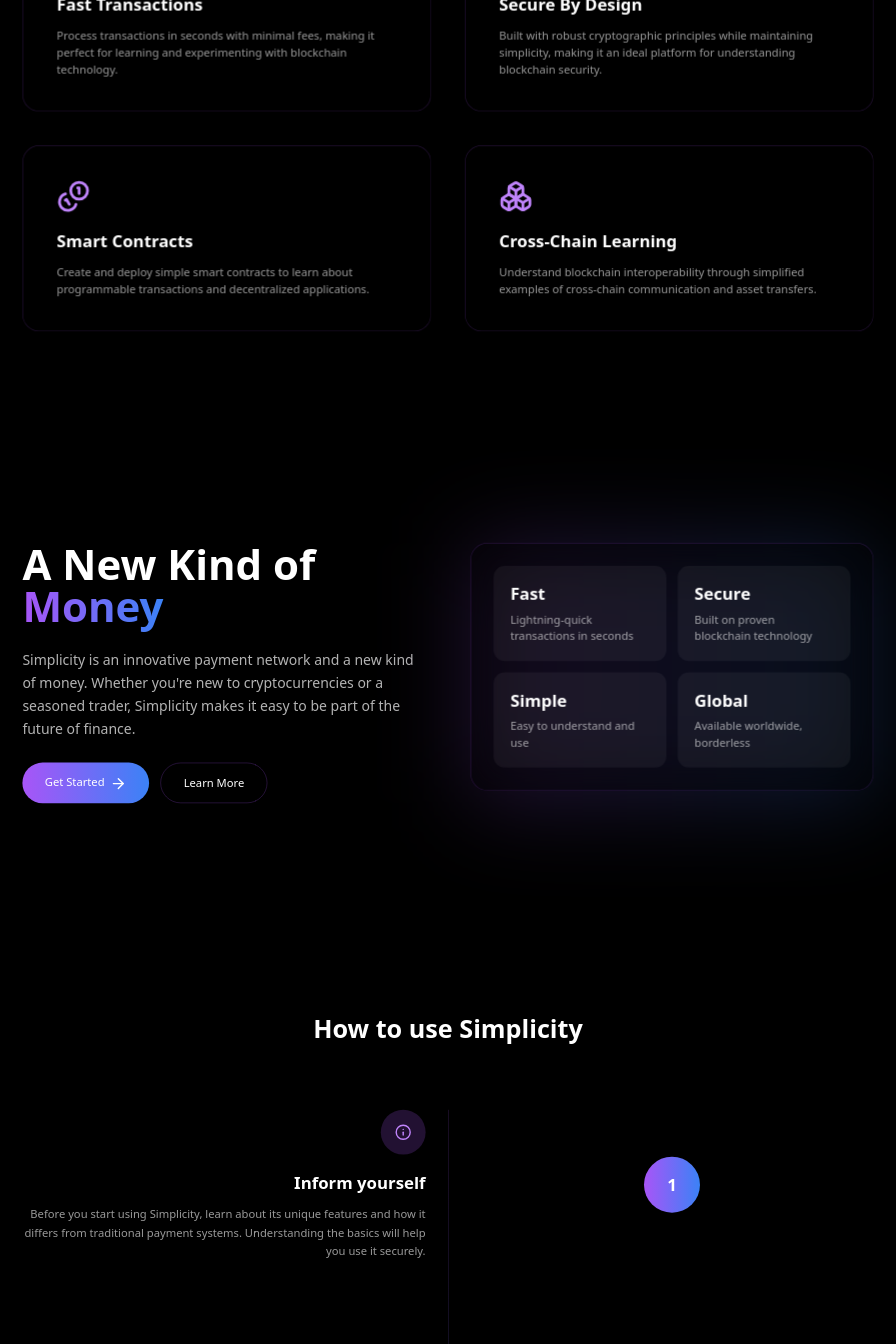
Repository: Simplicity-Block/Simplicity_website
Page: /downloads
The author's editor kept a copy of each file at every save. The page is drawn from the files as they stood at one save, then again after the next save.
The browser window is 1280 px wide. The pictures show the part of the page from y = 2219 to 4139 px (the page is 7468 px tall), at 70% of full size.
The project was rebuilt for these pictures with package versions that can differ from the ones it lists, and the page was loaded fresh each time. Also part of the build but not shown: vite.config.js, src/components/FloatingElements.jsx.

Above is the page before, as saved 2024-12-21 12:09:16.

### src/App.jsx
// src/App.jsx
import React, { useRef } from 'react';
import Navbar from './components/NavBar';
import Hero from './components/Hero';
import Features from './components/Features';
import Block from './components/Block';
import { useScroll } from './components/useScroll.jsx';
import WhoRuns from "./components/WhoRuns";
import Capabilities from "./components/Capabilities";
import FloatingElements from "./components/FloatingElements.jsx";

import Simplicity from './components/Simplicity';
import GetStartedSteps from './components/GetStartedSteps';
import Timeline from './components/Timeline';
import WalletSection from "./components/WalletSection.jsx"
const App = () => {
  const gradientRef = useRef(null);
  const block1Ref = useRef(null);
  const block2Ref = useRef(null);
  const block3Ref = useRef(null);

  const refs = { gradientRef, block1Ref, block2Ref, block3Ref };
  useScroll(refs);

  return (
    <div className="min-h-screen bg-black overflow-hidden">
      {/* Dynamic Gradient Background */}
      <div ref={gradientRef} className="fixed inset-0 pointer-events-none transition-all duration-1000" />

      {/* Floating Blocks */}
      <div className="fixed inset-0 pointer-events-none overflow-hidden">
        <div className="absolute top-1/4 left-1/4">
          <Block refProp={block1Ref} delay={0} />
        </div>
        <div className="absolute top-1/2 right-1/3">
          <Block refProp={block2Ref} delay={0.2} />
        </div>
        <div className="absolute bottom-1/4 right-1/4">
          <Block refProp={block3Ref} delay={0.4} />
        </div>
      </div>

      {/* <FloatingElements /> */}
      <Navbar />

      {/* Main Content */}
      <div className="relative z-10">
        <Hero />
        <Features />
        <WhoRuns />
        <Capabilities />
        <Simplicity />
      <GetStartedSteps />
      <WalletSection/>
      <Timeline />

      </div>

    </div>
  );
};

export default App;

### src/components/NavBar.jsx
// src/components/navigation/Navbar.jsx
import React from 'react';

const Navbar = () => (
  <nav className="fixed w-full p-6 z-50 bg-black/10 backdrop-blur-lg border-b border-white/5">
    <div className="flex justify-between items-center max-w-7xl mx-auto px-4">
      <div className="flex items-center space-x-2">
        <div className="text-purple-400 text-2xl font-mono">`{'}'}`</div>
        <span className="text-white text-xl font-bold">Simplicity</span>
      </div>
      <div className="flex items-center gap-8">
        <span className="text-white/80 text-sm">LEARN</span>
        <span className="text-white/80 text-sm">EXPLORE</span>
        <span className="text-white/80 text-sm">COMMUNITY</span>
        <span className="text-white/80 text-sm">RESOURCES</span>
      </div>
    </div>
  </nav>
);

export default Navbar;

### src/components/Hero.jsx
// src/components/sections/Hero.jsx
import React from 'react';
import StatCards from "./StatsCard";
const Hero = () => (
  <section className="min-h-screen flex items-center relative pt-20">
    <div className="max-w-7xl mx-auto px-8">
      <div className="grid grid-cols-1 lg:grid-cols-2 gap-16 items-center">
        <div className="relative z-10">
          <div className="mb-8">
            <div className="text-purple-400 text-4xl font-mono mb-4"></div>
            <h1 className="text-7xl font-bold text-white mb-6">
              Learn Blockchain
              <br />
              Through
              <br />
              Simplicity
            </h1>
            <p className="text-white/60 text-lg max-w-xl">
              Experience blockchain technology hands-on with SimpleCoin, our educational cryptocurrency designed to make learning intuitive and engaging.
            </p>
          </div>
          <button className="bg-black text-white px-8 py-4 rounded-full text-lg font-medium border border-purple-500/30 hover:border-purple-500 transition-all">
            START LEARNING
          </button>
        </div>
        <StatCards />
      </div>
    </div>
  </section>
);

export default Hero;

### src/components/Features.jsx
// src/components/sections/Features.jsx
import React from 'react';
import { BookOpen, Blocks, Users } from 'lucide-react';

const featureData = [
  {
    icon: BookOpen,
    title: "Interactive Tutorials",
    description: "Learn blockchain concepts through hands-on exercises and real-world examples"
  },
  {
    icon: Blocks,
    title: "SimpleCoin Sandbox",
    description: "Practice with our educational cryptocurrency in a risk-free environment"
  },
  {
    icon: Users,
    title: "Community Learning",
    description: "Join a global community of blockchain enthusiasts and learners"
  }
];

const Features = () => (
  <section className="py-32 relative">
    <div className="max-w-7xl mx-auto px-8">
      <div className="grid grid-cols-1 md:grid-cols-3 gap-8">
        {featureData.map((feature, index) => (
          <div
            key={index}
            className="bg-black/40 backdrop-blur-xl rounded-3xl p-8 border border-purple-500/20 hover:border-purple-500/40 transition-all group"
          >
            <div className="text-purple-400 mb-6 transform group-hover:scale-110 transition-all duration-500">
              <feature.icon className="w-8 h-8" />
            </div>
            <h3 className="text-xl font-bold text-white mb-4">{feature.title}</h3>
            <p className="text-white/60">{feature.description}</p>
          </div>
        ))}
      </div>
    </div>
  </section>
);

export default Features;

### src/components/Block.jsx
import React from 'react';

const Block = ({ refProp, delay = 0 }) => (
  <div
    ref={refProp}
    className="absolute w-20 h-20 backdrop-blur-lg border border-purple-500/30"
    style={{
      background: 'rgba(147, 51, 234, 0.1)',
      transform: 'rotate3d(1, 1, 1, 0deg)',
      transition: 'transform 0.5s ease-out',
      animationDelay: `${delay}s`,
    }}
  >
    <div className="absolute inset-0 bg-gradient-to-r from-purple-500/20 to-transparent" />
  </div>
);

export default Block;

### src/components/useScroll.jsx
// src/hooks/useScroll.js
import { useState, useEffect } from 'react';

export const useScroll = (refs) => {
  const [scrollPosition, setScrollPosition] = useState(0);
  const [mousePosition, setMousePosition] = useState({ x: 0, y: 0 });

  useEffect(() => {
    const handleScroll = () => {
      const position = window.scrollY;
      setScrollPosition(position);

      // Update gradient
      if (refs.gradientRef.current) {
        const x = 50 + Math.sin(position * 0.001) * 30;
        const y = 50 + Math.cos(position * 0.001) * 30;
        refs.gradientRef.current.style.background = `
          radial-gradient(circle at ${x}% ${y}%,
          rgba(147, 51, 234, 0.2) 0%,
          rgba(147, 51, 234, 0.1) 20%,
          rgba(147, 51, 234, 0.05) 40%,
          transparent 60%)
        `;
      }

      // Update blocks
      [refs.block1Ref, refs.block2Ref, refs.block3Ref].forEach((ref, index) => {
        if (ref.current) {
          const offset = position * (0.1 + index * 0.05);
          const scale = 1 + Math.sin(position * 0.001) * 0.1;
          ref.current.style.transform = `rotate3d(1, 1, 1, ${offset}deg) scale(${scale})`;
        }
      });
    };

    const handleMouseMove = (e) => {
      setMousePosition({ x: e.clientX, y: e.clientY });
    };

    window.addEventListener('scroll', handleScroll);
    window.addEventListener('mousemove', handleMouseMove);
    return () => {
      window.removeEventListener('scroll', handleScroll);
      window.removeEventListener('mousemove', handleMouseMove);
    };
  }, [refs]);

  return { scrollPosition, mousePosition };
};

### src/components/WhoRuns.jsx
import React from 'react';
import { Shield, Users, Code } from 'lucide-react';

const WhoRuns = () => {
  return (
    <section className="py-32 relative">
      <div className="max-w-7xl mx-auto px-8">
        <h2 className="text-4xl font-bold text-white mb-16 text-center">Who Runs Simplicity?</h2>

        <div className="grid grid-cols-1 md:grid-cols-3 gap-12">
          <div className="bg-black/40 backdrop-blur-xl rounded-3xl p-8 border border-purple-500/20 hover:border-purple-500/40 transition-all group">
            <Shield className="w-12 h-12 text-purple-400 mb-6" />
            <h3 className="text-2xl font-bold text-white mb-4">Decentralized Network</h3>
            <p className="text-white/60">
              Simplicity runs on a network of independent nodes, ensuring no single point of control. Anyone can participate in running and securing the network.
            </p>
          </div>

          <div className="bg-black/40 backdrop-blur-xl rounded-3xl p-8 border border-purple-500/20 hover:border-purple-500/40 transition-all group">
            <Users className="w-12 h-12 text-purple-400 mb-6" />
            <h3 className="text-2xl font-bold text-white mb-4">Community Driven</h3>
            <p className="text-white/60">
              The development and governance of Simplicity is guided by its community of developers, users, and enthusiasts through transparent decision-making.
            </p>
          </div>

          <div className="bg-black/40 backdrop-blur-xl rounded-3xl p-8 border border-purple-500/20 hover:border-purple-500/40 transition-all group">
            <Code className="w-12 h-12 text-purple-400 mb-6" />
            <h3 className="text-2xl font-bold text-white mb-4">Open Source</h3>
            <p className="text-white/60">
              All Simplicity code is open source, allowing anyone to inspect, contribute to, or build upon the platform in a transparent manner.
            </p>
          </div>
        </div>
      </div>
    </section>
  );
};

export default WhoRuns;

### src/components/Capabilities.jsx
import React from 'react';
import { Zap, Lock, Coins, Boxes } from 'lucide-react';

const Capabilities = () => {
  return (
    <section className="py-32 relative">
      <div className="max-w-7xl mx-auto px-8">
        <h2 className="text-4xl font-bold text-white mb-16 text-center">What Can Simplicity Do?</h2>

        <div className="grid grid-cols-1 md:grid-cols-2 gap-12">
          <div className="bg-black/40 backdrop-blur-xl rounded-3xl p-12 border border-purple-500/20 group hover:border-purple-500/40 transition-all">
            <Zap className="w-12 h-12 text-purple-400 mb-6" />
            <h3 className="text-2xl font-bold text-white mb-4">Fast Transactions</h3>
            <p className="text-white/60">
              Process transactions in seconds with minimal fees, making it perfect for learning and experimenting with blockchain technology.
            </p>
          </div>

          <div className="bg-black/40 backdrop-blur-xl rounded-3xl p-12 border border-purple-500/20 group hover:border-purple-500/40 transition-all">
            <Lock className="w-12 h-12 text-purple-400 mb-6" />
            <h3 className="text-2xl font-bold text-white mb-4">Secure By Design</h3>
            <p className="text-white/60">
              Built with robust cryptographic principles while maintaining simplicity, making it an ideal platform for understanding blockchain security.
            </p>
          </div>

          <div className="bg-black/40 backdrop-blur-xl rounded-3xl p-12 border border-purple-500/20 group hover:border-purple-500/40 transition-all">
            <Coins className="w-12 h-12 text-purple-400 mb-6" />
            <h3 className="text-2xl font-bold text-white mb-4">Smart Contracts</h3>
            <p className="text-white/60">
              Create and deploy simple smart contracts to learn about programmable transactions and decentralized applications.
            </p>
          </div>

          <div className="bg-black/40 backdrop-blur-xl rounded-3xl p-12 border border-purple-500/20 group hover:border-purple-500/40 transition-all">
            <Boxes className="w-12 h-12 text-purple-400 mb-6" />
            <h3 className="text-2xl font-bold text-white mb-4">Cross-Chain Learning</h3>
            <p className="text-white/60">
              Understand blockchain interoperability through simplified examples of cross-chain communication and asset transfers.
            </p>
          </div>
        </div>
      </div>
    </section>
  );
};

export default Capabilities;

### src/components/Simplicity.jsx
import React from 'react';
import { ArrowRight } from 'lucide-react';

const Simplicity = () => {
  return (
    <section className="min-h-screen relative flex items-center">
      <div className="max-w-7xl mx-auto px-8 py-24">
        <div className="grid grid-cols-1 lg:grid-cols-2 gap-16">
          <div className="space-y-8">
            <h1 className="text-6xl font-bold text-white">
              A New Kind of
              <span className="bg-gradient-to-r from-purple-500 to-blue-500 bg-clip-text text-transparent"> Money</span>
            </h1>

            <p className="text-xl text-white/70 leading-relaxed">
              Simplicity is an innovative payment network and a new kind of money. Whether you're new to cryptocurrencies or a seasoned trader, Simplicity makes it easy to be part of the future of finance.
            </p>

            <div className="flex gap-4">
              <button className="px-8 py-4 rounded-full bg-gradient-to-r from-purple-500 to-blue-500 text-white font-medium hover:opacity-90 transition-all group">
                Get Started
                <ArrowRight className="inline-block ml-2 group-hover:translate-x-1 transition-transform" />
              </button>

              <button className="px-8 py-4 rounded-full border border-purple-500/30 text-white font-medium hover:border-purple-500 transition-all">
                Learn More
              </button>
            </div>
          </div>

          <div className="relative">
            <div className="absolute inset-0 bg-gradient-to-r from-purple-500/20 to-blue-500/20 rounded-3xl blur-3xl" />
            <div className="relative bg-black/40 backdrop-blur-xl rounded-3xl p-8 border border-purple-500/20">
              <div className="grid grid-cols-2 gap-4">
                <div className="p-6 bg-white/5 rounded-2xl">
                  <h3 className="text-2xl font-bold text-white mb-2">Fast</h3>
                  <p className="text-white/60">Lightning-quick transactions in seconds</p>
                </div>
                <div className="p-6 bg-white/5 rounded-2xl">
                  <h3 className="text-2xl font-bold text-white mb-2">Secure</h3>
                  <p className="text-white/60">Built on proven blockchain technology</p>
                </div>
                <div className="p-6 bg-white/5 rounded-2xl">
                  <h3 className="text-2xl font-bold text-white mb-2">Simple</h3>
                  <p className="text-white/60">Easy to understand and use</p>
                </div>
                <div className="p-6 bg-white/5 rounded-2xl">
                  <h3 className="text-2xl font-bold text-white mb-2">Global</h3>
                  <p className="text-white/60">Available worldwide, borderless</p>
                </div>
              </div>
            </div>
          </div>
        </div>
      </div>
    </section>
  );
};

export default Simplicity;

### src/components/StatsCard.jsx
// src/components/sections/StatCards.jsx
import React from 'react';
import { BookOpen, Code2, Blocks } from 'lucide-react';

const StatCards = () => (
  <div className="grid grid-cols-1 gap-6">
    <div className="bg-black/40 backdrop-blur-xl rounded-3xl p-12 border border-purple-500/20 transform hover:scale-105 transition-all duration-500">
      <div className="text-7xl font-bold text-white mb-2">10k+</div>
      <div className="text-white/60">Active learners globally</div>
    </div>
    <div className="bg-black/40 backdrop-blur-xl rounded-3xl p-12 border border-purple-500/20 transform hover:scale-105 transition-all duration-500">
      <div className="text-7xl font-bold text-white mb-2">24/7</div>
      <div className="text-white/60">Interactive learning platform</div>
      <div className="flex gap-4 mt-4">
        {[BookOpen, Code2, Blocks].map((Icon, index) => (
          <div key={index} className="w-10 h-10 rounded-full bg-purple-500/20 flex items-center justify-center">
            <Icon className="w-5 h-5 text-purple-400" />
          </div>
        ))}
      </div>
    </div>
  </div>
);

export default StatCards;

Loaded but not shown: index.html (common file); src/main.jsx (common file); src/index.css (common file); tailwind.config.js (common file); src/components/WalletSection.jsx (178 lines, source omitted); src/components/GetStartedSteps.jsx (113 lines, source omitted); src/components/Timeline.jsx (93 lines, source omitted)

After the next save:
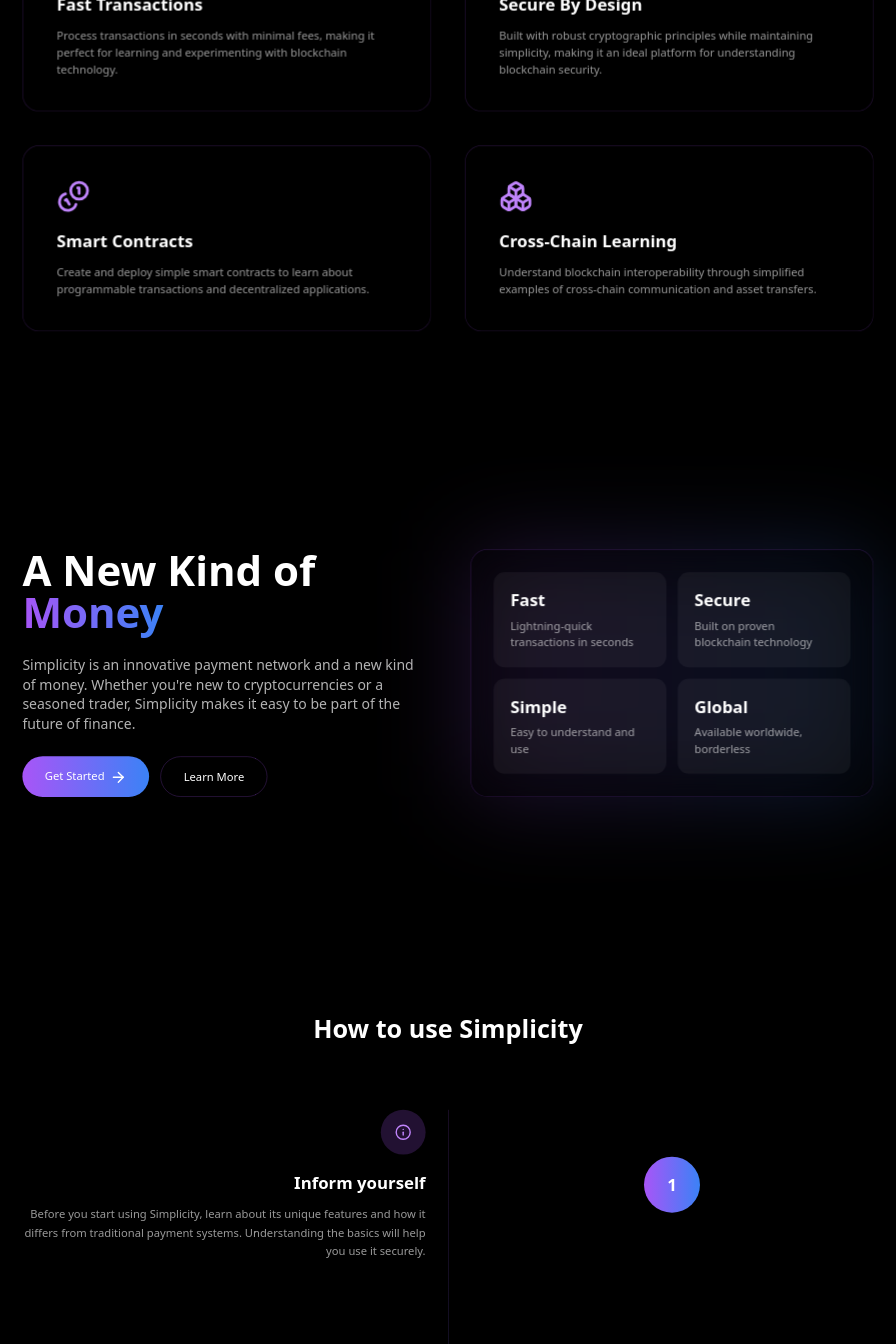
Saved 2 min 11 s later.
--- a/src/components/Simplicity.jsx
+++ b/src/components/Simplicity.jsx
@@ -4,25 +4,25 @@
 const Simplicity = () => {
   return (
     <section className="min-h-screen relative flex items-center">
-      <div className="max-w-7xl mx-auto px-8 py-24">
-        <div className="grid grid-cols-1 lg:grid-cols-2 gap-16">
-          <div className="space-y-8">
-            <h1 className="text-6xl font-bold text-white">
+      <div className="max-w-7xl mx-auto px-4 sm:px-6 lg:px-8 py-12 sm:py-16 lg:py-24">
+        <div className="grid grid-cols-1 lg:grid-cols-2 gap-8 lg:gap-16">
+          <div className="space-y-6 sm:space-y-8">
+            <h1 className="text-4xl sm:text-5xl lg:text-6xl font-bold text-white leading-tight">
               A New Kind of
               <span className="bg-gradient-to-r from-purple-500 to-blue-500 bg-clip-text text-transparent"> Money</span>
             </h1>
 
-            <p className="text-xl text-white/70 leading-relaxed">
+            <p className="text-base sm:text-lg lg:text-xl text-white/70 leading-relaxed">
               Simplicity is an innovative payment network and a new kind of money. Whether you're new to cryptocurrencies or a seasoned trader, Simplicity makes it easy to be part of the future of finance.
             </p>
 
-            <div className="flex gap-4">
-              <button className="px-8 py-4 rounded-full bg-gradient-to-r from-purple-500 to-blue-500 text-white font-medium hover:opacity-90 transition-all group">
+            <div className="flex flex-col sm:flex-row gap-4">
+              <button className="px-6 py-3 sm:px-8 sm:py-4 rounded-full bg-gradient-to-r from-purple-500 to-blue-500 text-white font-medium hover:opacity-90 transition-all group">
                 Get Started
                 <ArrowRight className="inline-block ml-2 group-hover:translate-x-1 transition-transform" />
               </button>
 
-              <button className="px-8 py-4 rounded-full border border-purple-500/30 text-white font-medium hover:border-purple-500 transition-all">
+              <button className="px-6 py-3 sm:px-8 sm:py-4 rounded-full border border-purple-500/30 text-white font-medium hover:border-purple-500 transition-all">
                 Learn More
               </button>
             </div>
@@ -30,23 +30,23 @@
 
           <div className="relative">
             <div className="absolute inset-0 bg-gradient-to-r from-purple-500/20 to-blue-500/20 rounded-3xl blur-3xl" />
-            <div className="relative bg-black/40 backdrop-blur-xl rounded-3xl p-8 border border-purple-500/20">
-              <div className="grid grid-cols-2 gap-4">
-                <div className="p-6 bg-white/5 rounded-2xl">
-                  <h3 className="text-2xl font-bold text-white mb-2">Fast</h3>
-                  <p className="text-white/60">Lightning-quick transactions in seconds</p>
+            <div className="relative bg-black/40 backdrop-blur-xl rounded-3xl p-6 sm:p-8 border border-purple-500/20">
+              <div className="grid grid-cols-1 sm:grid-cols-2 gap-4">
+                <div className="p-4 sm:p-6 bg-white/5 rounded-2xl">
+                  <h3 className="text-lg sm:text-2xl font-bold text-white mb-1 sm:mb-2">Fast</h3>
+                  <p className="text-sm sm:text-base text-white/60">Lightning-quick transactions in seconds</p>
                 </div>
-                <div className="p-6 bg-white/5 rounded-2xl">
-                  <h3 className="text-2xl font-bold text-white mb-2">Secure</h3>
-                  <p className="text-white/60">Built on proven blockchain technology</p>
+                <div className="p-4 sm:p-6 bg-white/5 rounded-2xl">
+                  <h3 className="text-lg sm:text-2xl font-bold text-white mb-1 sm:mb-2">Secure</h3>
+                  <p className="text-sm sm:text-base text-white/60">Built on proven blockchain technology</p>
                 </div>
-                <div className="p-6 bg-white/5 rounded-2xl">
-                  <h3 className="text-2xl font-bold text-white mb-2">Simple</h3>
-                  <p className="text-white/60">Easy to understand and use</p>
+                <div className="p-4 sm:p-6 bg-white/5 rounded-2xl">
+                  <h3 className="text-lg sm:text-2xl font-bold text-white mb-1 sm:mb-2">Simple</h3>
+                  <p className="text-sm sm:text-base text-white/60">Easy to understand and use</p>
                 </div>
-                <div className="p-6 bg-white/5 rounded-2xl">
-                  <h3 className="text-2xl font-bold text-white mb-2">Global</h3>
-                  <p className="text-white/60">Available worldwide, borderless</p>
+                <div className="p-4 sm:p-6 bg-white/5 rounded-2xl">
+                  <h3 className="text-lg sm:text-2xl font-bold text-white mb-1 sm:mb-2">Global</h3>
+                  <p className="text-sm sm:text-base text-white/60">Available worldwide, borderless</p>
                 </div>
               </div>
             </div>
